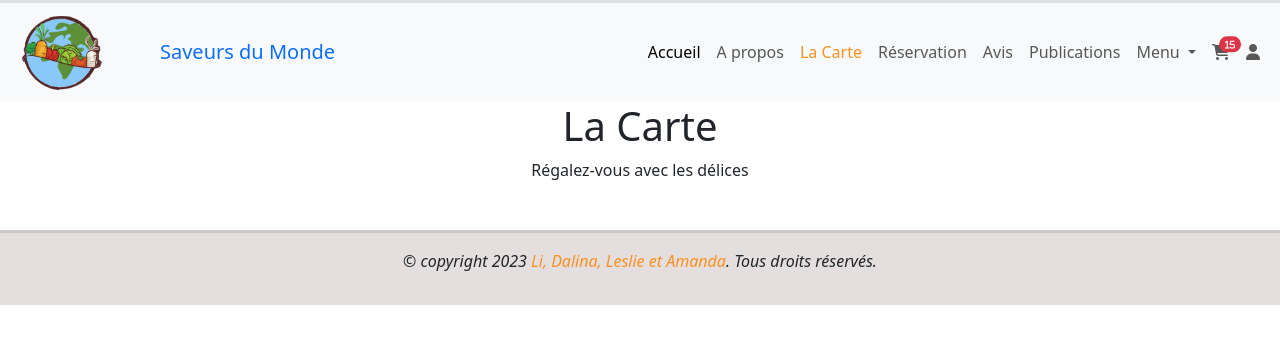
Repository: LI8538/saveur-du-monde
Page: templates/subscription/index.html.twig
An editor plug-in stored every save of this project. The page is shown before and after a run of saves, followed by the edit.
The browser window is 1280 px wide. The pictures show the whole page.
The page is a Twig template of a Symfony application; nobody is signed in and links lead nowhere. The template is opened directly, without the code that normally fills it, so the values that code supplies are empty.

Above is the page before, as saved 2023-09-06 15:07:31.

### templates/subscription/index.html.twig
{% extends 'base.html.twig' %}

{% block title %}Espace d'abonnement{% endblock %}

{% block body %}
<style>
    /* .example-wrapper { margin: 1em auto; max-width: 800px; width: 95%; font: 18px/1.5 sans-serif; }
    .example-wrapper code { background: #F5F5F5; padding: 2px 6px; } */
    div{
        text-align:center;
    }
</style>
<div>
 <h1>La Carte</h1>
    <p>Régalez-vous avec les délices </p>
</div>
{% endblock %}

### templates/base.html.twig
<!DOCTYPE html>
<html>
	<head>
		<meta
		charset="UTF-8">
		{# Titre #}
		<title>
			{% block title %}{% endblock %}
			| Saveurs du Monde
		</title>
		{# Favicon #}
		<link
		rel="icon" href={{ asset('img/favicon.png') }}>
		{# Feuille de Style #}
		<link
		rel="stylesheet" href="{{ asset('style.css') }}">
		{# le lien CDN bootstrap#}
		<link
		href="https://cdn.jsdelivr.net/npm/bootstrap@5.3.1/dist/css/bootstrap.min.css" rel="stylesheet" integrity="sha384-4bw+/aepP/YC94hEpVNVgiZdgIC5+VKNBQNGCHeKRQN+PtmoHDEXuppvnDJzQIu9" crossorigin="anonymous">
		{# le lien CDN FontAwesome #}
		<link rel="stylesheet" href="https://cdnjs.cloudflare.com/ajax/libs/font-awesome/6.4.2/css/all.min.css" integrity="sha512-z3gLpd7yknf1YoNbCzqRKc4qyor8gaKU1qmn+CShxbuBusANI9QpRohGBreCFkKxLhei6S9CQXFEbbKuqLg0DA==" crossorigin="anonymous" referrerpolicy="no-referrer"/> {% block stylesheets %}{% endblock %}
		{# le lien CDN Javascript #}
		<script defer src="https://cdn.jsdelivr.net/npm/bootstrap@5.3.1/dist/js/bootstrap.bundle.min.js" integrity="sha384-HwwvtgBNo3bZJJLYd8oVXjrBZt8cqVSpeBNS5n7C8IVInixGAoxmnlMuBnhbgrkm" crossorigin="anonymous"></script>
		{% block javascripts %}{% endblock %}
	</head>
	<body>
		<style>
			span {
				color: #fb911f;
				font-weigth: bold;
			}
			.trait {
				background-color: #fb911f;
				height: 2px;
				width: 50%;
				text-align: center;
			}

			button {
			width: 8rem;
			color: #ffff;
			background: #fb911f;
			border: none;
			text-transform: uppercase;
			letter-spacing: 2px;
		}
			.footer {
				padding: 15px 40px;
				border-top: 3px solid rgba(0, 0, 0, 0.1);
				background: rgba(228, 222, 222);
				text-align: center;
				font-weight: 300;
				font-style: italic;
			}
			.navbar {
				border-top: 3px solid rgba(0, 0, 0, 0.1);
				background: rgba(228, 222, 222);
				font-weight: 300;
				/* padding: 20px 40px; */
			}
			.containeur_produit {
				width: 300px;
  margin: 20px;
  border: 20px solid #fff;
  box-shadow: 20px 15px 35px rgba(0, 0, 0, 0.8);
}
.containeur_produit img{
  position: relative;
  top: 0;
  left: 0;
  width: 100%;
  object-fit: cover;
}
.containeur_produit button{
	width: 3rem;
	border-radius: 10%;
}
		</style>
		<nav class="navbar navbar-expand-lg bg-body-tertiary">
			<div class="container-fluid">
				<a href="{{ path('app_home') }}"><img src={{ asset('img/logo.png') }} width="100" alt="Logo Saveurs du Monde" class="me-5"></a>
				<a class=" navbar-brand me-auto ml-5 text-center text-primary" href="{{ path('app_home') }}">Saveurs du Monde</a>

				<button class="navbar-toggler" type="button" data-bs-toggle="collapse" data-bs-target="#navbarNavDropdown" aria-controls="navbarNavDropdown" aria-expanded="false" aria-label="Toggle navigation">
					<span class="navbar-toggler-icon"></span>
				</button>
				<div class="collapse navbar-collapse" id="navbarNavDropdown">
					<ul class="navbar-nav ms-auto">
						<li class="nav-item">
							<a class="nav-link active" aria-current="page" href="{{ path('app_home') }}">Accueil</a>
						</li>
						<li class="nav-item">
							<a class="nav-link" href="{{ path('app_about') }}">A propos</a>
						</li>
						<li class="nav-item">
							<a class="nav-link" href="{{ path('app_subscription') }}"><span>La Carte</span></a>
						</li>
						<li class="nav-item">
							<a class="nav-link" href="{{ path('app_reservation_new') }}">Réservation</a>
						</li>
						<li class="nav-item">
							<a class="nav-link" href="{{ path('app_review_avis') }}">Avis</a>
						</li>
						<li class="nav-item">
							<a class="nav-link" href="{{ path('app_publication_All') }}">Publications</a>
						</li>

						<li class="nav-item dropdown">
							<a class="nav-link dropdown-toggle" href="#" role="button" data-bs-toggle="dropdown" aria-expanded="false">
								Menu
							</a>
							<ul class="dropdown-menu">
								<li>
									<a class="dropdown-item" href="{{ path('app_bresil') }}">Bresil</a>
								</li>
								<li>
									<a class="dropdown-item" href="{{ path('app_cameroun') }}">Cameroun</a>
								</li>
								<li>
									<a class="dropdown-item" href="{{ path('app_chine') }}">Chine</a>
								</li>
								<li>
									<a class="dropdown-item" href="{{ path('app_ile_maurice') }}">Ile Maurice</a>
								</li>
							</ul>
						</li>
						<li class="nav-item">
							<a class="nav-link" href="{{ path('cart_index') }}">
								<i class="fa-solid fa-cart-shopping position-relative">
									<span class="position-absolute top-0 start-100 translate-middle badge rounded-pill bg-danger" style="font-size: 9px;">
										15
									</span>
								</i>
							</a>
						</li>

						<li class="nav-item">
							{% if is_granted('ROLE_ADMIN') %}
								<a class="nav-link" href="{{ path('admin') }}">Admin</a>
							{% endif %}
						</li>

						<li class="nav-item">
							{% if is_granted('ROLE_USER') %}
								<a class="nav-link" href="{{ path('app_logout') }}">
									<i class="fa-solid fa-right-from-bracket"></i>
								{% endif %}
							</a>
						</li>

						<li class="nav-item">
							{% if not is_granted('ROLE_USER') %}
								<a class="nav-link" href="{{ path('app_login') }}">
									<i class="fa-solid fa-user"></i>
								</a>
							{% endif %}
						</li>

					</ul>
				</div>
			</nav>

			{% block body %}{% endblock %}
			<footer class="footer p-3 mt-5">
				<p>© copyright 2023
					<span>
						Li, Dalina, Leslie et Amanda</span>. Tous droits réservés.</p>
			</footer>
		</body>
	</body>
</html>

### public/style.css
.text-center {
    text-align: center;
}

.center-content {
    text-align: center;
}

.btn-centered {
    text-align: center;
    background-color:#198754;
    color: #fff;
    padding: 5px 10px;
    border-radius: 10px;
    -webkit-border-radius: 10px;
    -moz-border-radius: 10px;
    -ms-border-radius: 10px;
    -o-border-radius: 10px;
    transition: background-color 0.3s, color 0.3s;
}

.btn-centered:hover {
    background-color: #ff9900;
    color: #fff;
}

.bg {
    width: 100%;
}

After the next 3 saves:
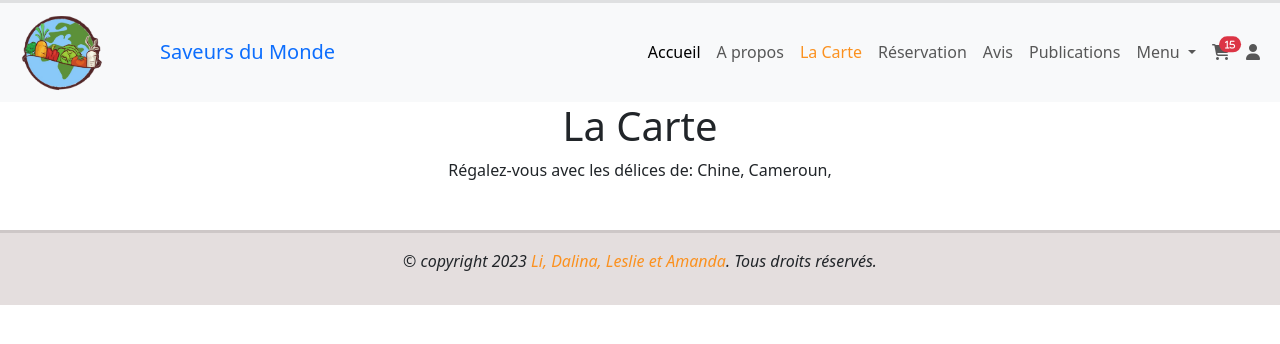
The 3 saves are shown as one change because they came seconds apart.
The last was saved 15 s later.
--- a/templates/subscription/index.html.twig
+++ b/templates/subscription/index.html.twig
@@ -12,6 +12,6 @@
 </style>
 <div>
  <h1>La Carte</h1>
-    <p>Régalez-vous avec les délices </p>
+    <p>Régalez-vous avec les délices de: Chine, Cameroun, </p>
 </div>
 {% endblock %}
